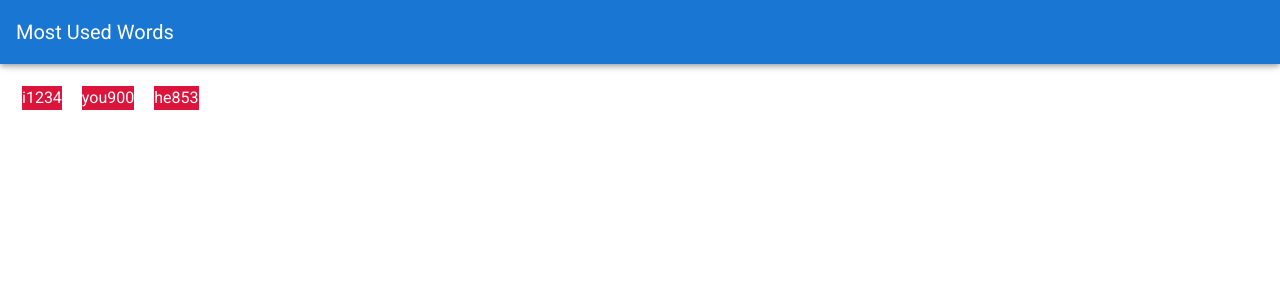
Repository: WillianPer/MOST-USED-WORDS
Page: /
The author's editor kept a copy of each file at every save. The page is drawn from the files as they stood at one save, then again after the next save.
The browser window is 1280 px wide. The pictures show the whole page.
The project was rebuilt for these pictures with package versions that can differ from the ones it lists, and the page was loaded fresh each time. Also part of the build but not shown: vue.config.js.

Above is the page before, as saved 2022-09-05 21:42:41.

After the next save:
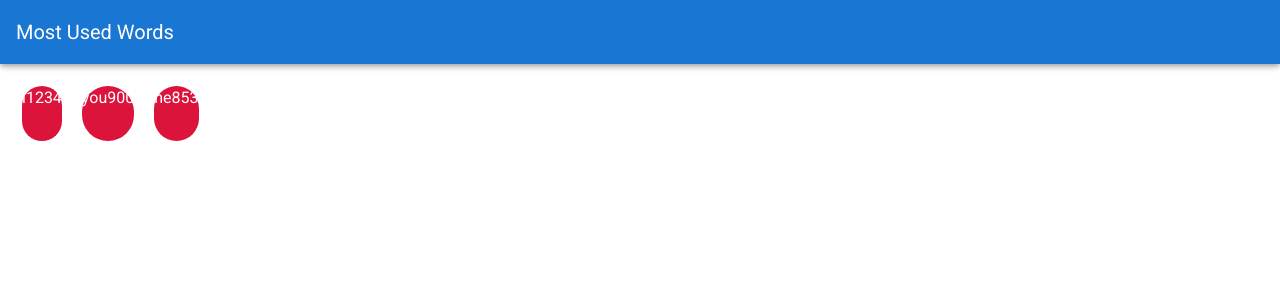
Saved 78 s later.
--- a/src/components/PillVue.vue
+++ b/src/components/PillVue.vue
@@ -16,5 +16,7 @@ export default {
         background-color: crimson;
         color: #fff;
         margin: 10px;
+        height: 55px;
+        border-radius: 30px;
     }
 </style>
